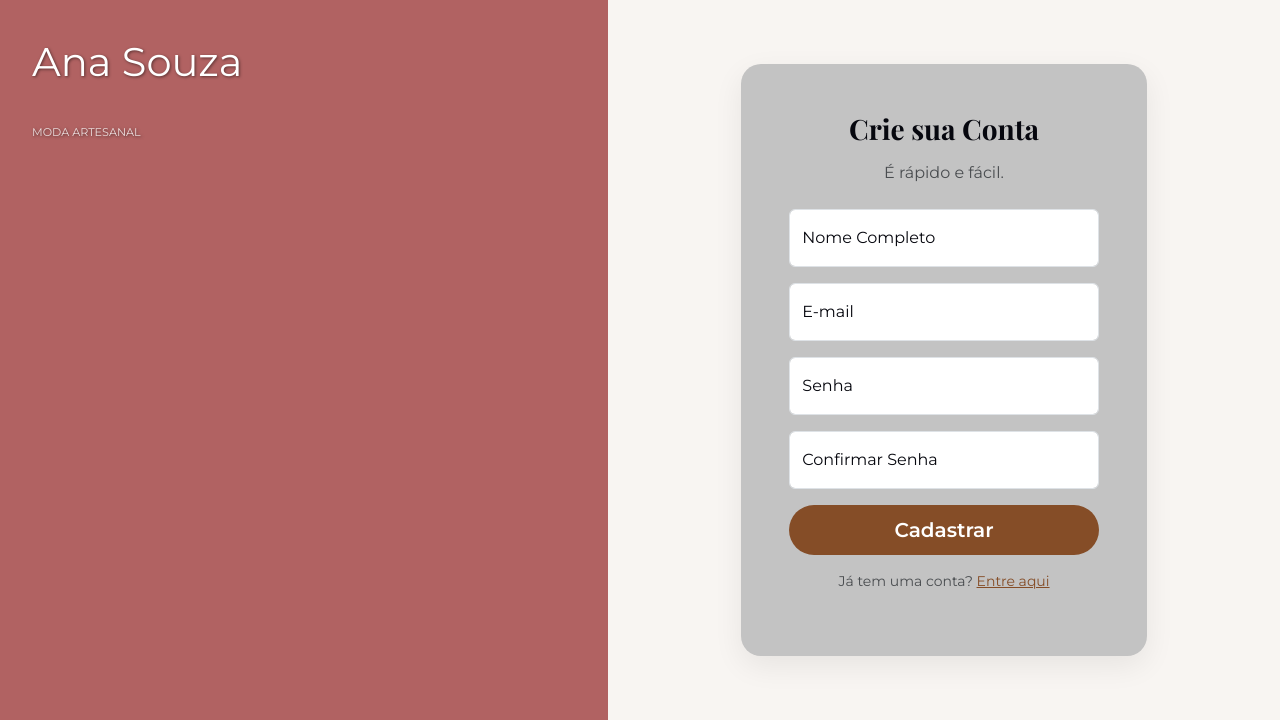
Repository: Lucascsg/projeto-anasouza-frontend
Page: cadastro.html
These files come from the project's save history. The page is drawn as it stood at one moment and after the next save; the edit follows.
The browser window is 1280 px wide. The pictures show the whole page.

Above is the page before, as saved 2025-10-21 23:06:56.
Not found: imagens/auth-background.jpg

### cadastro.html
<!DOCTYPE html>
<html lang="pt-br">
<head>
    <meta charset="UTF-8">
    <meta name="viewport" content="width=device-width, initial-scale=1.0">
    <title>Cadastro - Ana Souza</title>
    <link href="https://cdn.jsdelivr.net/npm/bootstrap@5.3.2/dist/css/bootstrap.min.css" rel="stylesheet">
    <link rel="stylesheet" href="css/style.css">
    <link rel="stylesheet" href="https://cdn.jsdelivr.net/npm/bootstrap-icons@1.11.1/font/bootstrap-icons.css">
    <link rel="preconnect" href="https://fonts.googleapis.com">
    <link rel="preconnect" href="https://fonts.gstatic.com" crossorigin>
    <link href="https://fonts.googleapis.com/css2?family=Montserrat:wght@400;500;600&family=Playfair+Display:wght@700&family=Great+Vibes&display=swap" rel="stylesheet">
    <style>
        /* Estilo para garantir altura total e split screen */
        body, html { height: 100%; margin: 0; overflow: hidden; /* Evita scroll desnecessário */ }
        .split-container { display: flex; min-height: 100vh; }
        .split-image {
            background: url('imagens/auth-background.jpg') no-repeat center center/cover; /* SUA NOVA IMAGEM AQUI */
            flex: 1;
            position: relative; /* Para posicionar o logo sobre a imagem */
        }
        .split-form {
            flex: 1;
            display: flex;
            align-items: center;
            justify-content: center;
            padding: 2rem;
            background-color: var(--cor-fundo-claro); /* Fundo bege claro para a parte do form */
            overflow-y: auto; /* Permite scroll se o form for muito grande */
        }
        /* Posicionamento do logo na imagem (apenas desktop) */
        .image-logo {
            position: absolute;
            top: 2rem;
            left: 2rem;
            z-index: 10;
        }
        .image-logo .logo-text {
            color: #FFFFFF !important; /* Logo branco sobre a imagem */
            text-shadow: 1px 1px 3px rgba(0,0,0,0.5); /* Sombra para legibilidade */
        }
        .image-logo .logo-subtitle {
            color: rgba(255,255,255,0.8) !important;
        }

        /* Ajuste para telas menores */
        @media (max-width: 767px) {
            .split-container { flex-direction: column; }
            .split-image {
                min-height: 250px;
                flex: none;
                display: flex; /* Para centralizar o logo */
                align-items: center;
                justify-content: center;
                position: relative;
            }
            .image-logo {
                position: static; /* Remove o posicionamento absoluto para centralizar */
                top: auto; left: auto;
                text-align: center;
            }
            .split-form { padding: 1.5rem; }
            .form-logo { display: block !important; } /* Mostra o logo no form para mobile */
            .image-logo { display: none; } /* Esconde o logo na imagem para mobile */
        }
        /* Para telas maiores (desktop), esconde o logo do formulário */
        @media (min-width: 768px) {
            .form-logo { display: none; }
        }
    </style>
</head>
<body>

    <div class="split-container">
        <div class="split-image d-none d-md-flex">
            <div class="image-logo">
                <a class="logo-text d-inline-block text-decoration-none" href="index.html" style="font-size: 2.5rem;">
                    <div>Ana Souza</div>
                    <small class="logo-subtitle" style="font-size: 0.7rem;">MODA ARTESANAL</small>
                </a>
            </div>
        </div>

        <div class="split-form">
            <div class="col-lg-8 col-md-10 col-sm-12">
                <div class="form-container section-card">
                    <div class="text-center mb-4">
                        <a class="logo-text form-logo d-none d-md-none d-inline-block mb-3 text-decoration-none" href="index.html" style="font-size: 2.5rem; color: var(--cor-base-escura) !important;">
                            <div>Ana Souza</div>
                            <small class="logo-subtitle" style="font-size: 0.7rem; color: var(--cor-base-escura); opacity: 0.8;">MODA ARTESANAL</small>
                        </a>
                        <h1 class="h3 mb-3 fw-bold">Crie sua Conta</h1>
                        <p class="text-muted">É rápido e fácil.</p>
                    </div>

                    <form id="cadastro-form">
                        <div class="form-floating mb-3">
                            <input type="text" class="form-control" id="nome" placeholder="Seu nome" required>
                            <label for="nome">Nome Completo</label>
                        </div>
                        <div class="form-floating mb-3">
                            <input type="email" class="form-control" id="email" placeholder="nome@exemplo.com" required>
                            <label for="email">E-mail</label>
                        </div>
                        <div class="form-floating mb-3">
                            <input type="password" class="form-control" id="senha" placeholder="Senha" required>
                            <label for="senha">Senha</label>
                        </div>
                        <div class="form-floating mb-3">
                            <input type="password" class="form-control" id="confirmar-senha" placeholder="Confirme a Senha" required>
                            <label for="confirmar-senha">Confirmar Senha</label>
                        </div>
                        <div class="d-grid mb-3">
                            <button class="btn btn-custom-primary btn-lg" type="submit">Cadastrar</button>
                        </div>
                        <p class="text-center text-muted small">
                            Já tem uma conta? <a href="login.html" class="link-custom-secondary">Entre aqui</a>
                        </p>
                    </form>
                </div>
            </div>
        </div>
    </div>

    <script src="https://cdn.jsdelivr.net/npm/bootstrap@5.3.2/dist/js/bootstrap.bundle.min.js"></script>
</body>
</html>

### css/style.css
/* =================================== */
/* VARIÁVEIS GLOBAIS E ESTILOS BASE    */
/* =================================== */
:root {
    /* Sua paleta de cores (mantive suas últimas alterações) */
    --cor-base-escura: #854D27;
    --cor-acao-vibrante: #854D27;
    --cor-detalhe-quente: #29524A;
    --cor-texto-escuro: #06070E;

    /* Cores Neutras e de Fundo */
    --cor-fundo-claro: #F8F5F2;
    --cor-texto-claro: #FFFFFF;
}

body {
    font-family: 'Montserrat', sans-serif;
    background-color: #B16262;
    color: var(--cor-texto-escuro);
}

/* Estilo para páginas com fundo branco específico */
body.bg-white-page {
    background-color: #FFFFFF;
}

h1, h2, h3, h4, h5, h6 {
    font-family: 'Playfair Display', serif;
    color: var(--cor-detalhe-quente);
}

/* =================================== */
/* ESTILOS DA BARRA DE NAVEGAÇÃO       */
/* =================================== */
.navbar-custom {
    background-color: var(--cor-base-escura);
}
/* ... (O resto dos estilos da navbar e do logo permanecem como você enviou) ... */
.navbar-brand.logo-text {
    display: flex;
    flex-direction: column;
    justify-content: center;
    padding: 0;
    position: relative;
    top: 2px;
}
.navbar-brand div {
    font-family: 'Great Vibes', cursive;
    font-size: 2.2rem;
    color: #FFD972 !important;
    line-height: 1;
    font-weight: normal;
}
.navbar-brand .logo-subtitle {
    font-family: 'Montserrat', sans-serif;
    font-size: 0.6rem;
    text-transform: uppercase;
    letter-spacing: 0.1em;
    display: block;
    opacity: 0.9;
    color: #FFD972;
    margin-top: -5px;
}
/* ... (outros estilos da navbar que você enviou) ... */
.navbar-custom .navbar-brand img {
    height: 40px;
}
.navbar-custom .nav-link {
    color: var(--cor-texto-claro);
    font-weight: 500;
    text-transform: uppercase;
    font-size: 0.9rem;
    padding: 0.5rem 1rem;
    transition: opacity 0.3s;
}
.navbar-custom .nav-link:hover {
    opacity: 0.8;
}
.navbar-icons a {
    color: var(--cor-texto-claro);
    font-size: 1.2rem;
    transition: opacity 0.3s;
}
.navbar-icons a:hover {
    opacity: 0.8;
}


/* =================================== */
/* ESTILOS DA SEÇÃO HERO (IMAGEM)      */
/* =================================== */
#hero {
    position: relative;
    height: 90vh;
    width: 100%;
    display: flex;
    align-items: center;
    justify-content: center;

    /* --- ATUALIZAÇÃO PARA IMAGEM DE FUNDO --- */
    background: url('../imagens/hero-background.jpg') no-repeat center center/cover;
}

#hero::after {
    content: '';
    position: absolute;
    top: 0;
    left: 0;
    width: 100%;
    height: 100%;
    background: rgba(0, 0, 0, 0.6);
    z-index: 1;
}

#hero .hero-content {
    position: relative;
    z-index: 2;
}

#hero .hero-content h1 {
    font-weight: 700;
    color: var(--cor-texto-claro);
}

#hero .hero-content .btn {
    border-radius: 50px;
    padding: 12px 30px;
    font-weight: 600;
}


/* ... (O resto do seu CSS continua exatamente como você enviou) ... */

/* =================================== */
/* ESTILOS GERAIS DAS SEÇÕES           */
/* =================================== */
section h2 {
    color: var(--cor-detalhe-quente);
    margin-bottom: 1rem;
}

/* =================================== */
/* ESTILOS DA SEÇÃO DE PRODUTOS        */
/* =================================== */
.product-card {
    border: none;
    border-radius: 15px;
    box-shadow: 0 4px 15px rgba(0, 0, 0, 0.08);
    transition: all 0.3s ease-in-out;
}
.product-card:hover {
    transform: translateY(-8px);
    box-shadow: 0 8px 25px rgba(0, 0, 0, 0.12);
}
.product-card .card-title {
    color: var(--cor-texto-escuro);
    font-weight: 600;
}
.product-card .btn {
    border-radius: 50px;
    padding: 8px 25px;
    font-weight: 500;
    border-color: var(--cor-base-escura);
    color: var(--cor-base-escura);
}
.product-card .btn:hover {
    background-color: var(--cor-base-escura);
    color: white;
}

/* =================================== */
/* ESTILOS DA SEÇÃO DE BLOG            */
/* =================================== */
.btn-custom-primary {
    background-color: var(--cor-acao-vibrante);
    color: white;
    border: none;
    border-radius: 50px;
    padding: 10px 30px;
    font-weight: 600;
    transition: all 0.3s;
}
.btn-custom-primary:hover {
    background-color: var(--cor-acao-vibrante);
    color: white;
    opacity: 0.9;
    transform: translateY(-2px);
}
#blog img {
    border-radius: 15px;
}

/* =================================== */
/* ESTILOS DO RODAPÉ (FOOTER)          */
/* =================================== */
.footer-custom {
    background-color: var(--cor-base-escura);
}
.footer-custom a {
    text-decoration: none;
    transition: opacity 0.3s;
}
.footer-custom a:hover {
    opacity: 0.8;
}

/* =================================== */
/* ESTILO DE SEÇÃO EM FORMATO DE CARD  */
/* =================================== */

.section-card {
    background-color: #c3c3c3; /* Fundo branco para o card */
    padding: 3rem 2rem;        /* Espaçamento interno generoso */
    border-radius: 20px;       /* As pontas curvadas que você pediu */
    box-shadow: 0 10px 30px rgba(0, 0, 0, 0.07); /* Sombra sutil para "flutuar" */
}

/* =================================== */
/* Estilos da Página de Produto        */
/* =================================== */

.product-price {
    color: var(--cor-detalhe-quente); /* Usando o verde/marrom dos títulos */
    font-weight: 600;
}

/* =================================== */
/* Estilos da Personalização de Cor    */
/* =================================== */

.seletor-cor {
    width: 32px;
    height: 32px;
    border-radius: 50%; /* Deixa o elemento redondo */
    border: 2px solid #eee;
    cursor: pointer;
    margin-right: 10px;
    margin-bottom: 10px;
    transition: transform 0.2s ease-in-out;
    background-size: cover;
    background-position: center;
}

.seletor-cor:hover {
    transform: scale(1.1); /* Efeito de zoom no hover */
}

/* Estilo para o seletor de cor que está ativo/selecionado */
.seletor-cor.active {
    border-color: var(--cor-base-escura); /* Usa a cor da navbar para destacar */
    box-shadow: 0 0 8px rgba(0, 0, 0, 0.3);
}

/* ============================================= */
/* REFINAMENTO DA PÁGINA DE POST (LEIA MAIS)     */
/* ============================================= */

/* 1. Controlando o tamanho da imagem de destaque */
#post-imagem {
    max-height: 450px; /* Define uma altura máxima para a imagem */
    width: 100%;
    object-fit: cover;   /* Garante que a imagem cubra o espaço sem distorcer */
    border-radius: 15px; /* Bordas mais suaves, combinando com o resto do site */
}

/* 2. Ajustando o Título e a Data */
#post-titulo {
    margin-top: 2.5rem; /* Adiciona mais espaço acima do título */
}

#post-data {
    font-size: 0.8rem;
    text-transform: uppercase;
    letter-spacing: 0.05em; /* Espaçamento entre as letras para um look mais "design" */
}

/* 3. Melhorando a legibilidade do texto do artigo */
#post-conteudo p {
    font-size: 1.1rem;      /* Aumenta um pouco o tamanho da fonte para leitura */
    line-height: 1.8;       /* Aumenta o espaçamento entre as linhas, essencial para textos longos */
    color: #343a40;         /* Um cinza mais escuro para melhor contraste e conforto visual */
}

/* Estilo para os cards de resumo na página de agradecimento */
.summary-item-card {
    background-color: #c3c3c3 !important; /* O cinza que você usou nos section-cards */
    border: none;
    color: var(--cor-texto-escuro); /* Garante que o texto dentro seja escuro */
}

/* =================================== */
/* Estilos para Formulários de Login/Cadastro */
/* =================================== */
.form-container {
    padding: 2rem;
}

@media (min-width: 768px) {
    .form-container {
        padding: 3rem;
    }
}

/* Links personalizados para autenticação */
.link-custom-secondary {
    color: var(--cor-base-escura); /* Usa sua cor base escura */
    text-decoration: underline;
}
.link-custom-secondary:hover {
    color: var(--cor-principal-hover); /* Muda para o hover da cor principal */
    text-decoration: none;
}

After the next save:
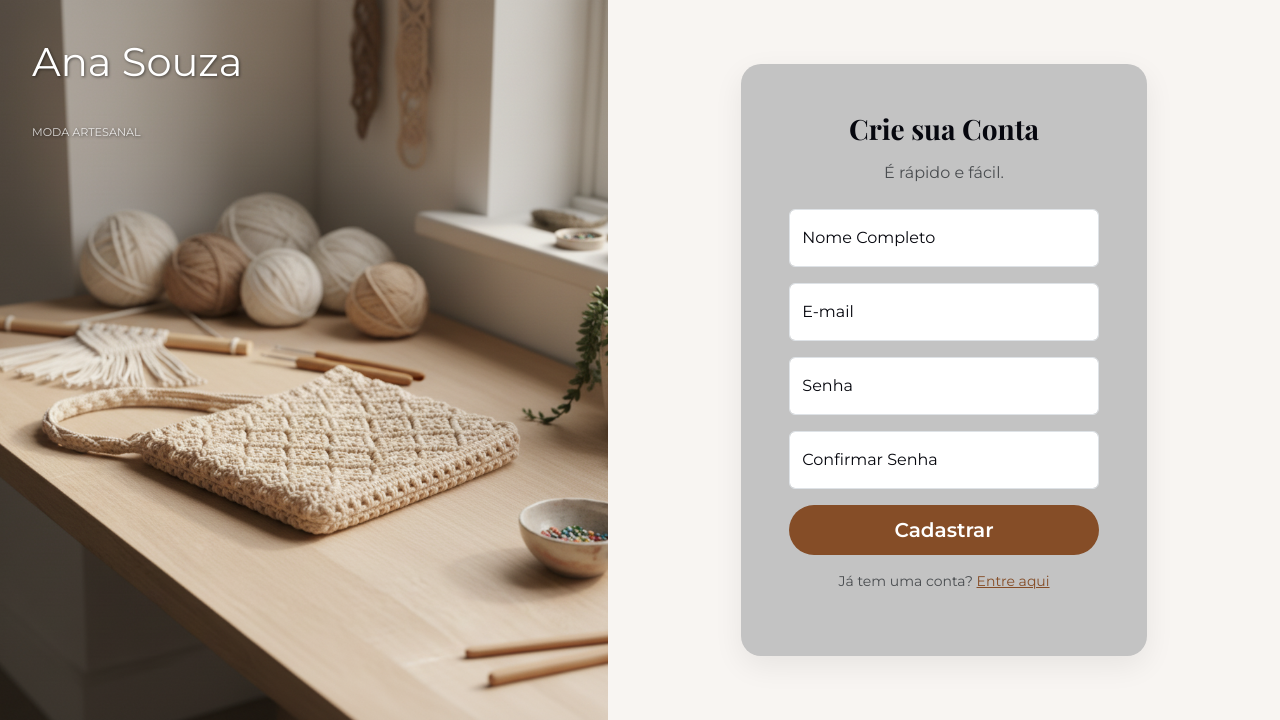
Saved 2 min 38 s later.
--- a/cadastro.html
+++ b/cadastro.html
@@ -15,7 +15,7 @@
         body, html { height: 100%; margin: 0; overflow: hidden; /* Evita scroll desnecessário */ }
         .split-container { display: flex; min-height: 100vh; }
         .split-image {
-            background: url('imagens/auth-background.jpg') no-repeat center center/cover; /* SUA NOVA IMAGEM AQUI */
+            background: url('imagens/backlog4.png') no-repeat center center/cover; /* SUA NOVA IMAGEM AQUI */
             flex: 1;
             position: relative; /* Para posicionar o logo sobre a imagem */
         }
